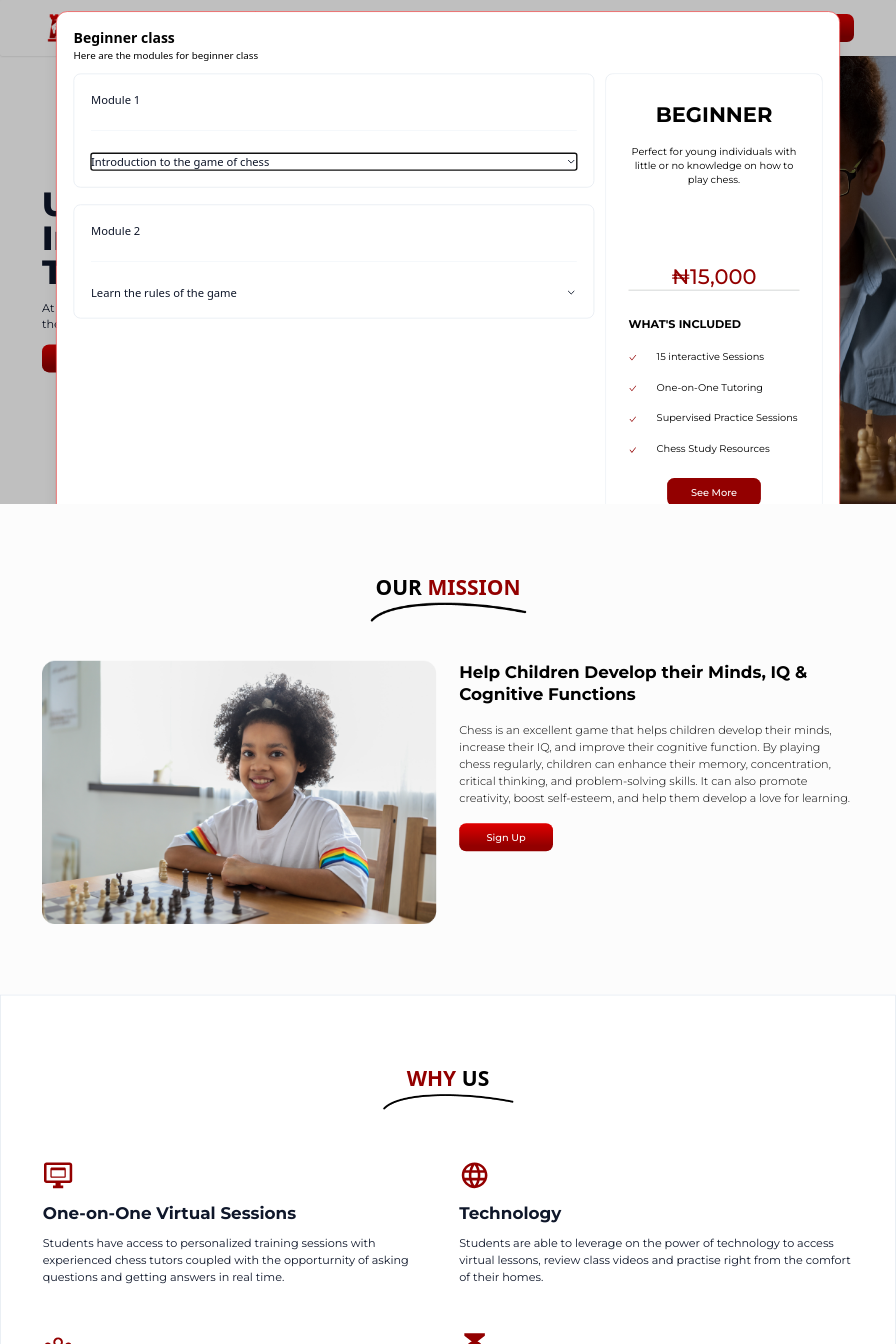
Repository: CelestinaUwajeh/chess-champ-fe
Page: /, after clicking the first element matching `button.w-\[134px\]`
An editor plug-in stored every save of this project. The page is shown before and after the next save, followed by the edit.
The browser window is 1280 px wide. The pictures show the part of the page from y = 0 to 1920 px (the page is 4303 px tall), at 70% of full size.
An inner scrolling area shows only its first screen. The project was rebuilt for these pictures with package versions that can differ from the ones it lists, and the page was loaded fresh each time. The framework's server and built-in components were replaced by stand-ins that run in the browser. Also part of the build but not shown: next.config.js, app/(dashboard)/parent/child/[id]/progress/highlight.tsx, app/(dashboard)/parent/child/[id]/progress/attendance.tsx, components/ui/progress.tsx, app/(dashboard)/parent/child/[id]/progress/percentage.tsx, app/(dashboard)/parent/child/[id]/progress/points.tsx, app/(dashboard)/parent/child/[id]/progress/page.tsx.

Above is the page before, as saved 2023-08-09 22:24:35.

After the next save:
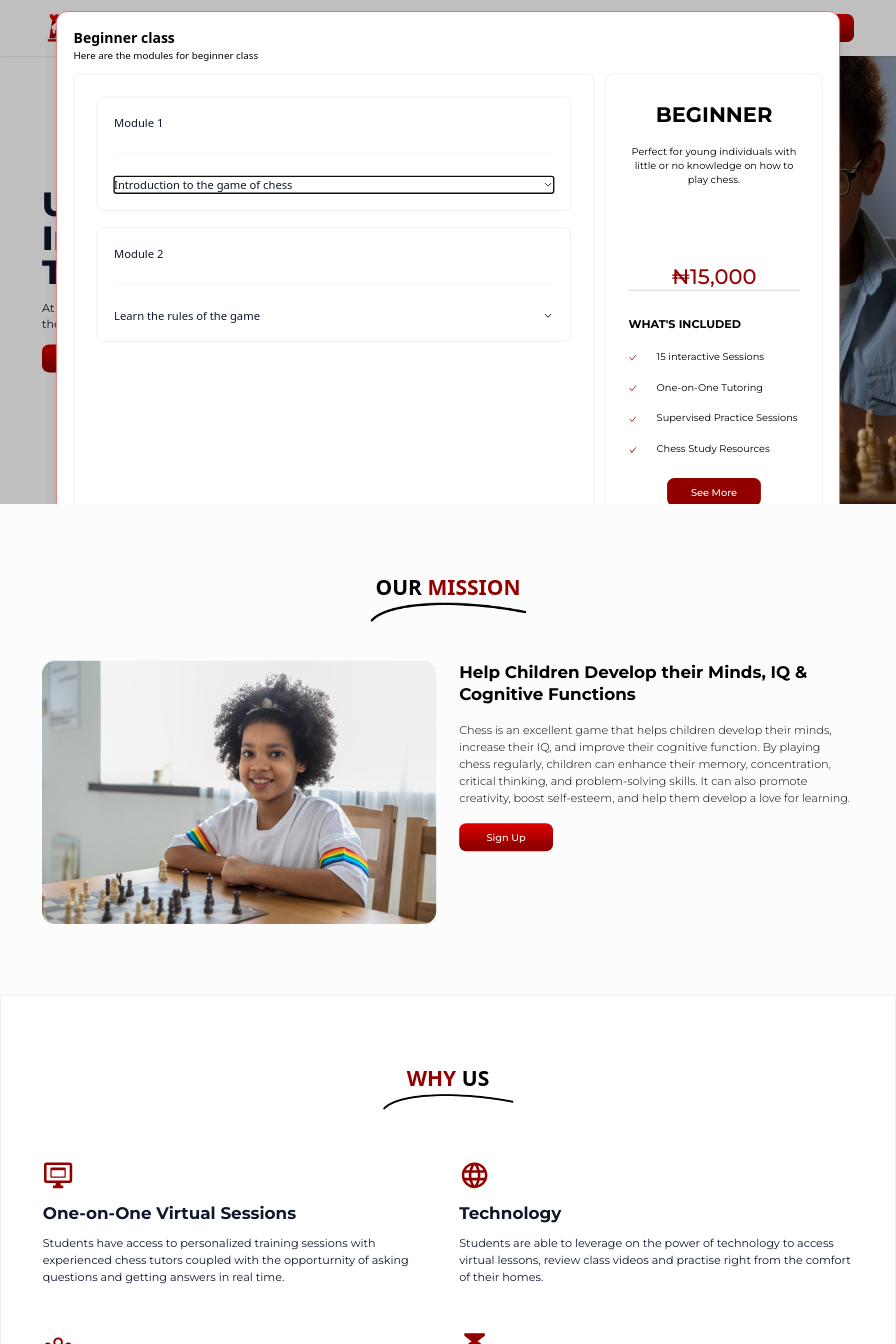
Saved 2 min 31 s later.
--- a/components/pricing-card/modal-content.tsx
+++ b/components/pricing-card/modal-content.tsx
@@ -15,7 +15,7 @@ const ModalContent = ({ data }: PropType) => {
         Here are the modules for beginner class
       </p>
       <div className="flex gap-4">
-        <div className="flex-1">
+        <div className="flex-1 p-8 border rounded-[10px]">
           <Module modules={modules} isModal />
         </div>
         <div className="w-[310px] border rounded-[10px]">
